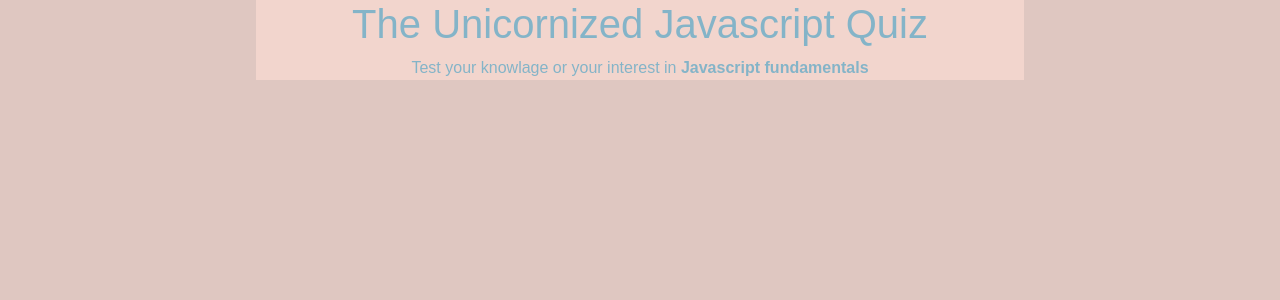
Repository: CharlotteAneriksson/donutQuiz
Page: index.html
The author's editor kept a record of every edit. The page is drawn from the files as they stood at one moment, then again after the next edit.
The browser window is 1280 px wide. The pictures show the whole page.

Above is the page before.

After the next edit:
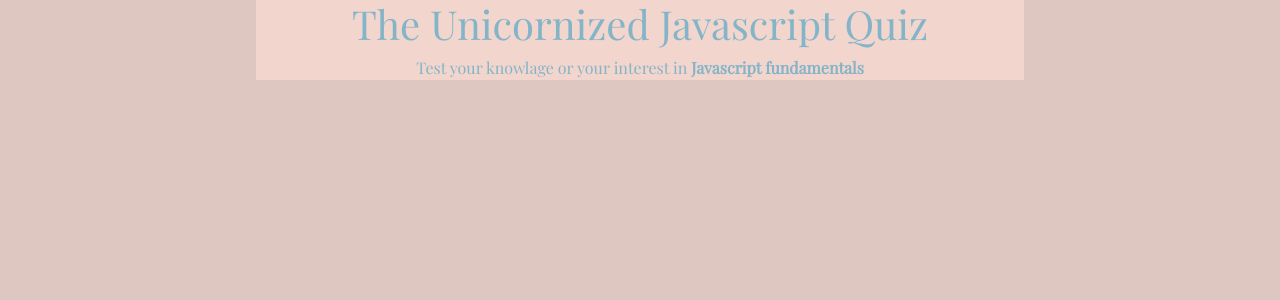
The edit:
--- a/css/style.css
+++ b/css/style.css
@@ -3,7 +3,7 @@
     padding: 0;
     width:100%;
     background-color:#dfc7c1;
-    font-family: 'Roboto Mono', sans-serif ;
+    font-family: 'Playfair Display', sans-serif ;
 }
 
 .container{
